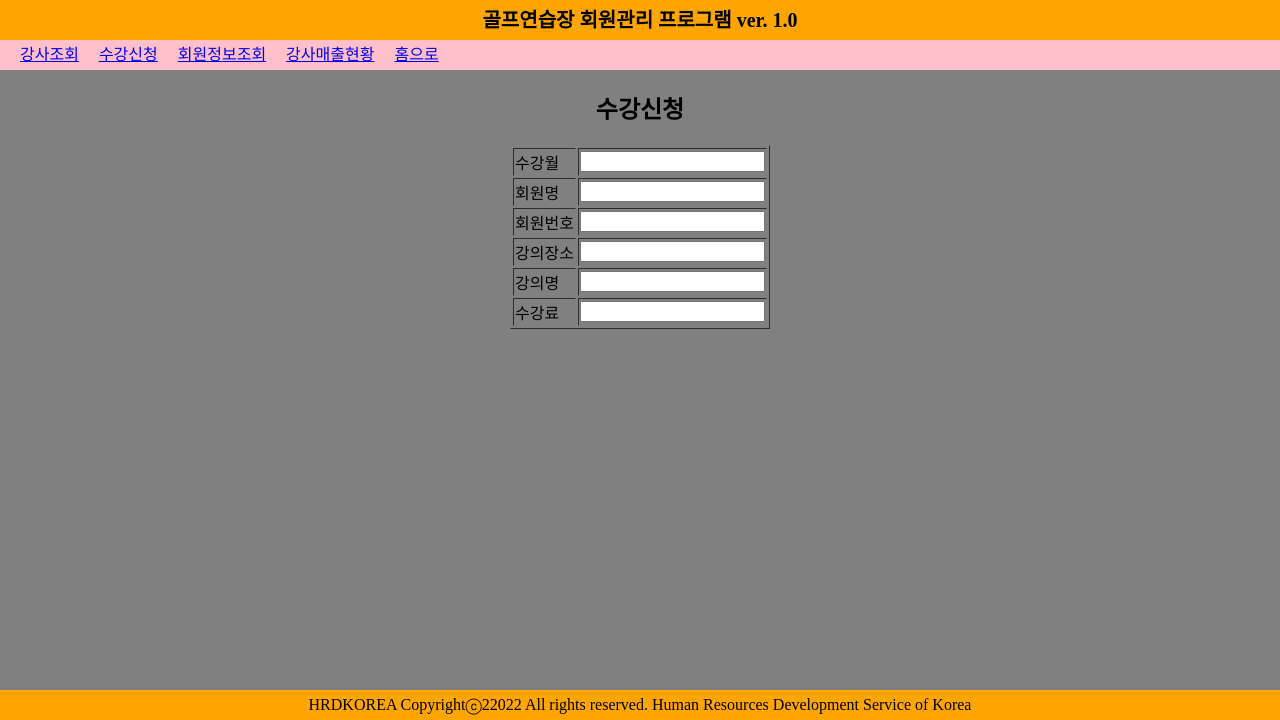
Repository: leesuyeon116/HRD_3
Page: http://localhost/HRD_0505/insert.jsp
The author's editor kept a copy of each file at every save. The page is drawn from the files as they stood at one save, then again after the next save.
The browser window is 1280 px wide. The pictures show the whole page.
The page is served by Tomcat 9.

Above is the page before, as saved 2024-05-05 09:25:11.

### workspace/HRD_0505/src/main/webapp/insert.jsp
<%@ page language="java" contentType="text/html; charset=UTF-8"
    pageEncoding="UTF-8"%>
<!DOCTYPE html>
<html>
<head>
<meta charset="UTF-8">
<title>insert</title>
</head>
<body>
<jsp:include page="header.jsp"></jsp:include>
<section style="position: fixed; top: 70px; left: 0px; width: 100%; height: 100%; background-color: gray">
<h2 style="text-align: center">수강신청</h2>
	<form style="display: flex; align-items: center; justify-content: center">
		<table border="1">
			<tr>
				<td>수강월</td>
				<td><input type="text" name="regist_month" 2022년03월 예202203></td>
			</tr>
			<tr>
				<td>회원명</td>
				<td><input type="text" name="c_name"></td>
			</tr>
			<tr>
				<td>회원번호</td>
				<td><input type="text" name="c_no"></td>
			</tr>
			<tr>
				<td>강의장소</td>
				<td><input type="text" name="class_area"></td>
			</tr>
			<tr>
				<td>강의명</td>
				<td><input type="text" name="class_name"></td>
			</tr>
			<tr>
				<td>수강료</td>
				<td><input type="text" name="class_price"></td>
			</tr>
		</table>
	</form>

</section>

<jsp:include page="footer.jsp"></jsp:include>
</body>
</html>

### workspace/HRD_0505/src/main/webapp/header.jsp
<%@ page language="java" contentType="text/html; charset=UTF-8"
    pageEncoding="UTF-8"%>
<!DOCTYPE html>
<html>
<head>
<meta charset="UTF-8">
<title>header</title>
</head>
<body>
<header style="position: fixed; top: 0px; left: 0px; width: 100%; height: 40px; line-height: 40px; background-color: orange;
	text-align: center; font-size: 20px">
<b>골프연습장 회원관리 프로그램 ver. 1.0</b>
</header>

<nav style="position: fixed; top: 40px; left: 0px; width: 100%; height: 30px; line-height: 30px; background-color: pink;
	padding-left: 20px">
	<a href="tlist.jsp">강사조회</a> &nbsp; &nbsp;
	<a href="insert.jsp">수강신청</a> &nbsp; &nbsp;
	<a href="mlist.jsp">회원정보조회</a> &nbsp; &nbsp;
	<a href="salary.jsp">강사매출현황</a> &nbsp; &nbsp;
	<a href="index.jsp">홈으로</a> &nbsp; &nbsp;
</nav>
</body>
</html>

### workspace/HRD_0505/src/main/webapp/footer.jsp
<%@ page language="java" contentType="text/html; charset=UTF-8"
    pageEncoding="UTF-8"%>
<!DOCTYPE html>
<html>
<head>
<meta charset="UTF-8">
<title>footer</title>
</head>
<body>
<footer style="position: fixed; bottom: 0px; left: 0px; width: 100%; height: 30px; line-height: 30px; background-color: orange;
	text-align: center">
	HRDKOREA Copyrightⓒ22022 All rights reserved. Human Resources Development Service of Korea
</footer>
</body>
</html>

After the next save:
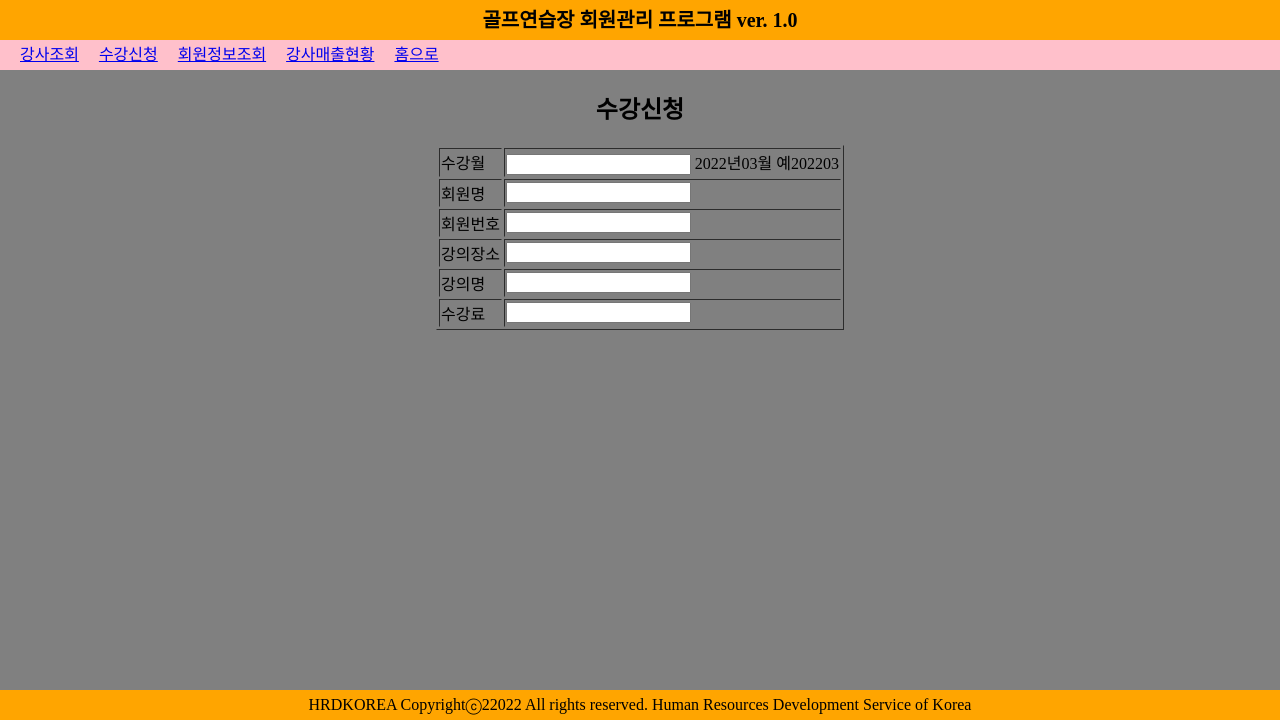
Saved 19 s later.
--- a/workspace/HRD_0505/src/main/webapp/insert.jsp
+++ b/workspace/HRD_0505/src/main/webapp/insert.jsp
@@ -14,7 +14,7 @@
 		<table border="1">
 			<tr>
 				<td>수강월</td>
-				<td><input type="text" name="regist_month" 2022년03월 예202203></td>
+				<td><input type="text" name="regist_month"> 2022년03월 예202203</td>
 			</tr>
 			<tr>
 				<td>회원명</td>
